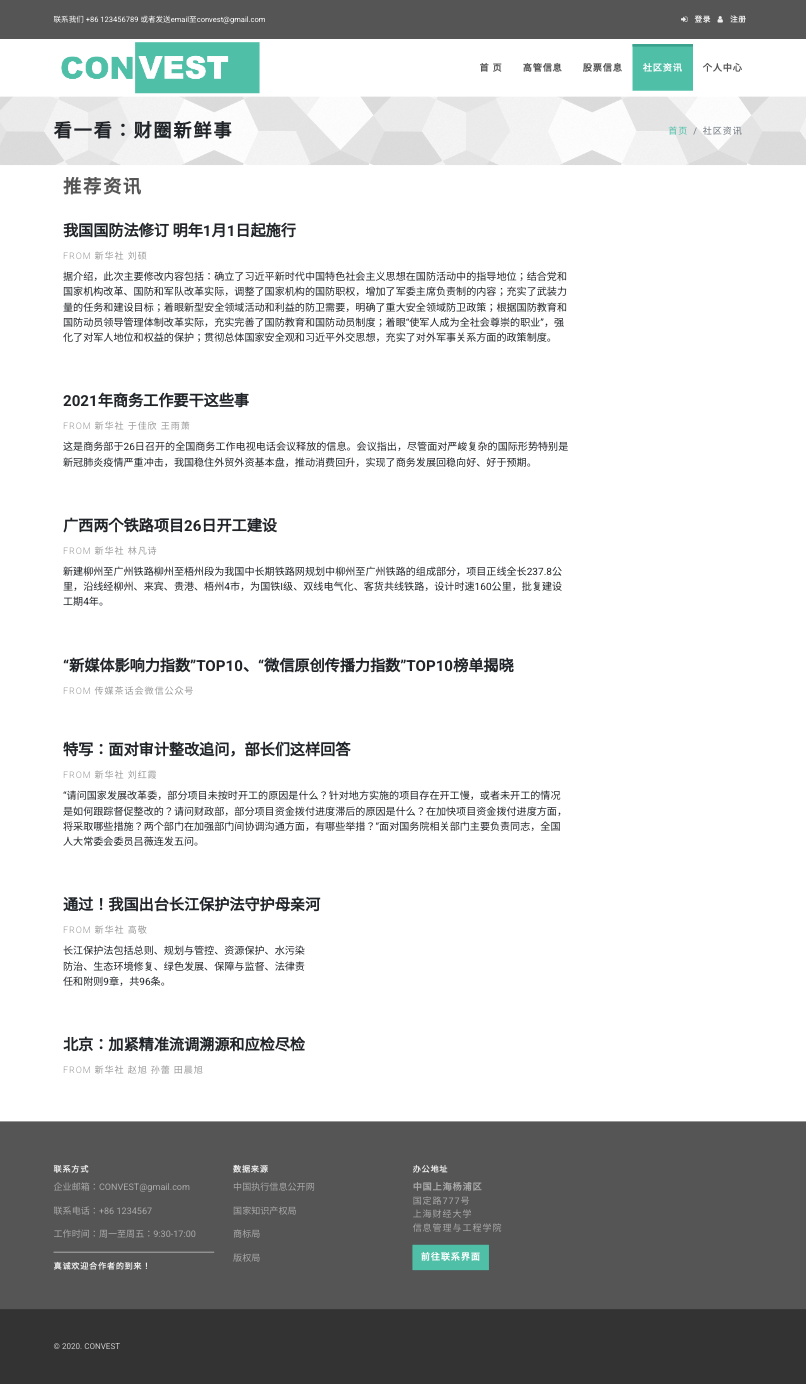
Repository: SUFELYZ/CONVEST
Page: http://localhost/CONVEST/社区资讯.jsp
These files come from the project's save history. The page is drawn as it stood at one moment and after the next save; the edit follows.
The browser window is 1280 px wide. The pictures show the whole page, at 63% of full size.
The page is served by Tomcat 9.

Above is the page before, as saved 2021-01-05 16:19:31.

After the next save:
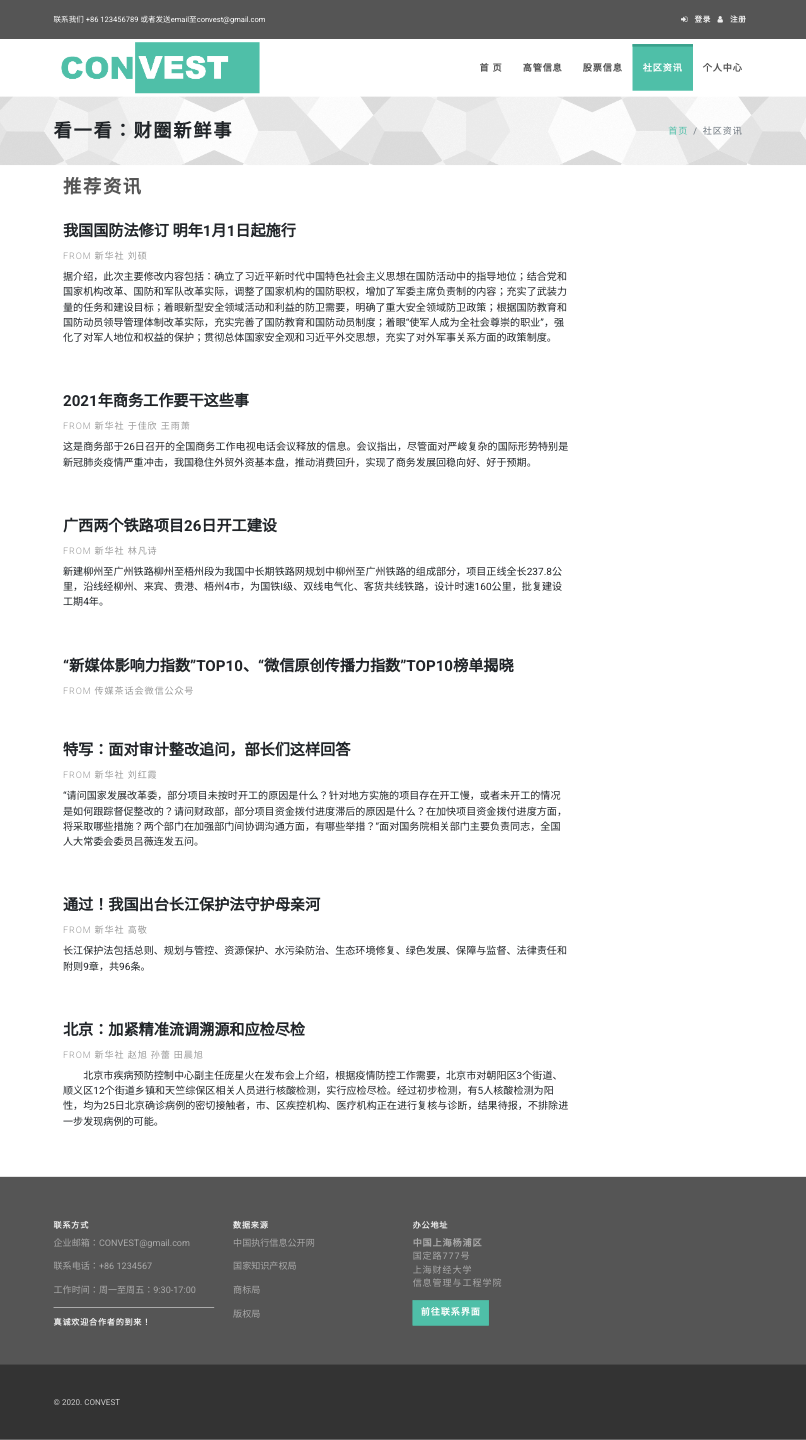
Saved 83 s later.
--- a/CONVEST 1.0/CONVEST/WebContent/社区资讯.jsp
+++ b/CONVEST 1.0/CONVEST/WebContent/社区资讯.jsp
@@ -180,7 +180,7 @@
 
 
                   <div class="post" id="qethree">
-                      <h3><a id="title5">广西两个铁路项目26日开工建设</a></h3>
+                      <h3><a id="title3">广西两个铁路项目26日开工建设</a></h3>
                       <div class="row">
                           <div class="col-sm-12">
                               <p class="author-category">From <a id="name5">新华社 林凡诗</a></p>
@@ -189,7 +189,7 @@
                       </div>
                   </div>
                   <div class="post" id="qefour">
-                      <h3><a id="title6">“新媒体影响力指数”TOP10、“微信原创传播力指数”TOP10榜单揭晓</a></h3>
+                      <h3><a id="title4">“新媒体影响力指数”TOP10、“微信原创传播力指数”TOP10榜单揭晓</a></h3>
                       <div class="row">
                           <div class="col-sm-12">
                               <p class="author-category">From <a id="name6">传媒茶话会微信公众号</a></p>
@@ -199,7 +199,7 @@
                   </div>
 
                    <div class="post" id="qefive">
-                      <h3><a id="title8">特写：面对审计整改追问，部长们这样回答</a></h3>
+                      <h3><a id="title5">特写：面对审计整改追问，部长们这样回答</a></h3>
                       <div class="row">
                           <div class="col-sm-12">
                               <p class="author-category">From <a id="name8">新华社 刘红霞</a></p>
@@ -207,25 +207,26 @@
                           </div>
                       </div>
                   </div>
-                  <div class="post" id="qenine">
-                      <h3><a id="title9">通过！我国出台长江保护法守护母亲河</a></h3>
+                  <div class="post" id="qesix">
+                      <h3><a id="title6">通过！我国出台长江保护法守护母亲河</a></h3>
                       <div class="row">
-                          <div class="col-sm-6">
+                          <div class="col-sm-12">
                               <p class="author-category">From <a id="name9">新华社 高敬</a></p>
                               <p>长江保护法包括总则、规划与管控、资源保护、水污染防治、生态环境修复、绿色发展、保障与监督、法律责任和附则9章，共96条。</p>
                           </div>
                       </div>
                   </div>
-                  <div class="post" id="qeten">
-                      <h3><a id="title10">北京：加紧精准流调溯源和应检尽检</a></h3>
-                      <div class="row" >
-                          <div class="col-sm-6">
+                  <div class="post" id="qeseven">
+                      <h3><a id="title7">北京：加紧精准流调溯源和应检尽检</a></h3>
+                      <div class="row" >
+                          <div class="col-sm-12">
                               <p class="author-category">From <a id="name10">新华社 赵旭 孙蕾 田晨旭</a></p>
-                          </div>
-                      </div>
-                  </div>
-                  <div class="post" id="qe1" style="display:none">
-                      <h3><a id="title11">武汉城市圈第5条城际铁路正式开通运营</a></h3>
+                              <p>　　北京市疾病预防控制中心副主任庞星火在发布会上介绍，根据疫情防控工作需要，北京市对朝阳区3个街道、顺义区12个街道乡镇和天竺综保区相关人员进行核酸检测，实行应检尽检。经过初步检测，有5人核酸检测为阳性，均为25日北京确诊病例的密切接触者，市、区疾控机构、医疗机构正在进行复核与诊断，结果待报，不排除进一步发现病例的可能。</p>
+                          </div>
+                      </div>
+                  </div>
+                  <div class="post" id="qeeight" style="display:none">
+                      <h3><a id="title8">武汉城市圈第5条城际铁路正式开通运营</a></h3>
                       <div class="row" >
                           <div class="col-sm-6">
                               <p class="author-category">From <a id="name11">新华社 王贤</a></p>
